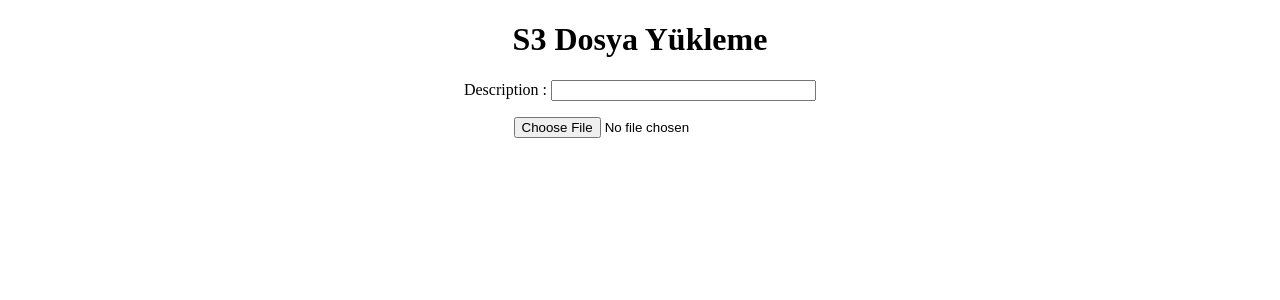
Repository: erengthb/AWS-Java-Servlet-Project
Page: http://localhost/Proje/upload.jsp
An editor plug-in stored every save of this project. The page is shown before and after the next save, followed by the edit.
The browser window is 1280 px wide. The pictures show the whole page.
The page is served by Tomcat 9.

Above is the page before, as saved 2022-04-13 18:01:44.

After the next save:
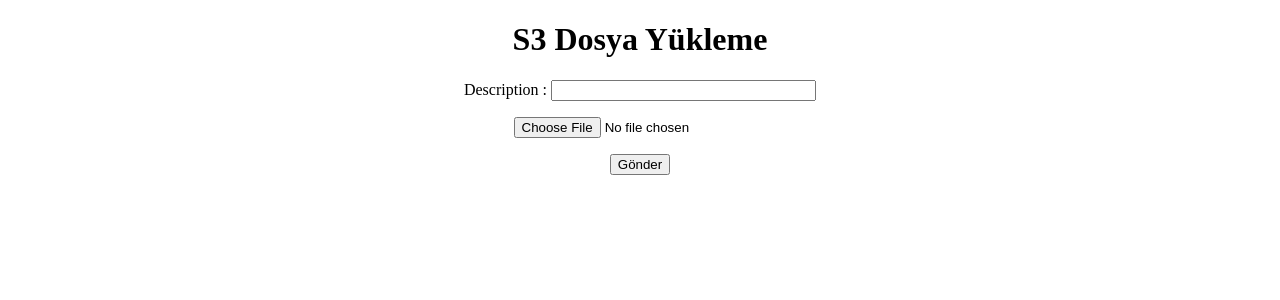
Saved 59 s later.
--- a/Proje/src/main/webapp/upload.jsp
+++ b/Proje/src/main/webapp/upload.jsp
@@ -16,6 +16,7 @@
 <p> Description : <input type ="text" name= "description" size="30" required/> </p>
 
 <p> <input type ="file" name = "file" required /></p>
+<p> <button type= "submit" >Gönder</button> </p>
 
 
 </form>
